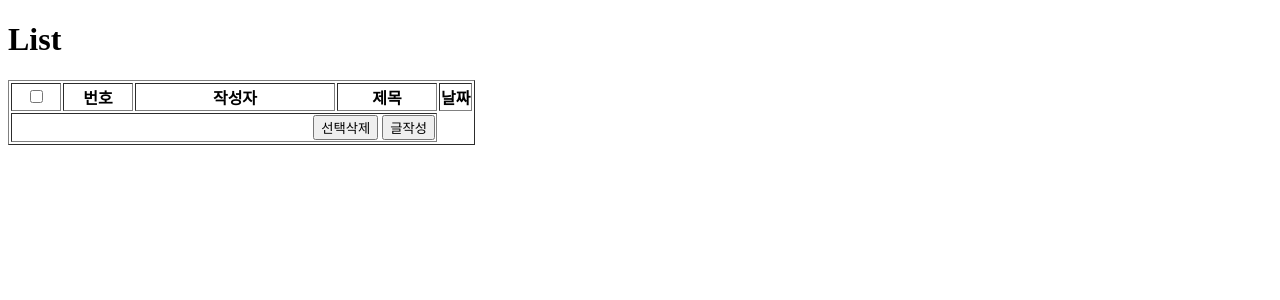
Repository: charamee/Web_kh
Page: http://localhost/Jsp03_MVC/mycontroller.jsp?command=list
An editor plug-in stored every save of this project. The page is shown before and after the next save, followed by the edit.
The browser window is 1280 px wide. The pictures show the whole page.
The page is served by Tomcat 9. Other server files are loaded and not shown. Queries for data that is not in the repository find no rows.

Above is the page before, as saved 2021-02-20 14:50:48.

### Workspace_WEB/Jsp03_MVC/WebContent/mycontroller.jsp
<%@page import="com.mvc.dto.MVCBoardDto"%>
<%@page import="java.util.List"%>
<%@page import="com.mvc.biz.MVCBoardBizImpl"%>
<%@page import="com.mvc.biz.MVCBoardBiz"%>
<%@ page language="java" contentType="text/html; charset=UTF-8"
	pageEncoding="UTF-8"%>
<%
	request.setCharacterEncoding("UTF-8");
%>
<%
	response.setContentType("text/html; charset=UTF-8");
%>
<!DOCTYPE html>
<html>
<head>
<meta charset="UTF-8">
<title>Insert title here</title>
</head>
<body>

	<%
		// 컨트롤러의 역할 :
	String command = request.getParameter("command");
	System.out.printf("[%s]\n", command);

	MVCBoardBiz biz = new MVCBoardBizImpl();
	//요청한 명령을 확인한다
	if (command.equals("list")) {
		//1. 보내준 값이 있으면 받는다.

		//2. db에 전달할 값이 있으면 전달하고,
		// 없으면 없는대로 호출해서 리턴받는다.

		List<MVCBoardDto> list = biz.selectlist();

		//3. 화면에 전달할 값이 있으면, request 객체에 담아준다.
		request.setAttribute("list", list); // list를 "list"에 담는다

		//4. 보낸다.
		pageContext.forward("mylist.jsp"); // request에 뭔가 담으면 포워드해야하고
		// 페이지를 위임 받는다 mylist로 가!
		// 포워드 되는것은 주소창에서 확인이 안된다
	} else if (command.equals("insertform")) {
		//1.
		//2.
		//3.
		//4.

		response.sendRedirect("myinsert.jsp"); // request에 뭐가 없다 ? 리다이렉트한다
		/*
			pageContext.forward() : 페이지 위임(request,response  객체가 그대로 전달)
			response.sedRedirect() : 페이지 이동( 새로운 request, response 객체 )

		*/
	} else if (command.equals("insertres")) {
		//1.
		String writer = request.getParameter("writer");
		String title = request.getParameter("title");
		String content = request.getParameter("content");

		//2.

		MVCBoardDto dto = new MVCBoardDto(0, writer, title, content, null);
		int res = biz.insert(dto);

		//3.
		//4.
		if (res > 0) {
	%>
	<script type="text/javascript">
 alert("글 작성 성공")
 location.href='mycontroller.jsp?command=list';

 </script>


	<%
		} else {
	%>
	<script type="text/javascript">
alert("글 작성 실패")
location.href="mycontroller.jsp?command=insertform";

</script>


	<%
		}
	} else if (command.equals("select")) {
	//1.
	int seq = Integer.parseInt(request.getParameter("seq"));

	//2.
	MVCBoardDto dto = biz.selectOne(seq);

	//3.
	request.setAttribute("select", dto);

	//4.
	pageContext.forward("myselect.jsp");

	} else if (command.equals("updateform")) {

	//1.
	int seq = Integer.parseInt(request.getParameter("seq"));
	//3.
	request.setAttribute("seq", seq);

	//4.
	pageContext.forward("myupdate.jsp");

	} else if (command.equals("updateres")) {
	//1.
	String title = request.getParameter("title");
	String content = request.getParameter("content");
	int seq = Integer.parseInt(request.getParameter("seq"));

	//2.
	MVCBoardDto dto = new MVCBoardDto();
	dto.setTitle(title);
	dto.setContent(content);
	dto.setSeq(seq);
	int res = biz.update(dto);

	if (res > 0) {
	%>
	<script type="text/javascript">
alert("수정 성공!")
location.href="mycontroller.jsp?command=select&seq=<%=dto.getSeq()%>"

</script>

	<%
		} else {
	%>

	<script type="text/javascript">
alert("수정실패")
location.href="mycontroller.jsp?command=updateform&seq=<%=dto.getSeq()%>"
	</script>

	<%
		}

	}else if(command.equals("delete")){

		int seq = Integer.parseInt(request.getParameter("seq"));

		int res = biz.delete(seq);
		if(res>0){

	%>
	<script type="text/javascript">

	alert("삭제 성공")

	location.href="mycontroller.jsp?command=list"
	</script>

	<%
		}else{
	%>

<script type="text/javascript">
alert("삭제 실패 ㅠ")
location.href="mycontroller.jsp?command=select&seq=<%=seq%>"
</script>

<%
		}
	}
%>
</body>
</html>

### Workspace_WEB/Jsp03_MVC/WebContent/mylist.jsp
<%@page import="com.mvc.dto.MVCBoardDto"%>
<%@page import="java.util.List"%>
<%@ page language="java" contentType="text/html; charset=UTF-8"
    pageEncoding="UTF-8"%>
<% request.setCharacterEncoding("UTF-8"); %>
<% response.setContentType("text/html; charset=UTF-8"); %>
<!DOCTYPE html>
<html>
<head>
<meta charset="UTF-8">
<title>Insert title here</title>
<script type="text/javascript"
	src="http://code.jquery.com/jquery-latest.js"></script>
<script type="text/javascript">



</script>
</head>

<%
	List<MVCBoardDto> list = (List<MVCBoardDto>)request.getAttribute("list"); //컨트롤러에서 "list"에 담아놨던거

%>
<body>


	<form action="mycontroller.jsp?command=muldel" method="post" id="muldelform">
	<h1>List</h1>
	<table border="1">
	<col width="50">
	<col width="70">
	<col width="200">
	<col width="100">
		<tr>
			<th><input type="checkbox" name="all" onclick="allchk(this.checked);"></th>
			<th>번호 </th>
			<th>작성자</th>
			<th>제목</th>
			<th>날짜</th>
		</tr>

<%
	for(MVCBoardDto dto : list){
%>

	<tr>
		<td><input type="checkbox" name="chk" value="<%=dto.getSeq()%>"></td>
		<td><%=dto.getSeq() %> </td>
		<td><%=dto.getWriter() %></td>
		<td><a href="mycontroller.jsp?command=select&seq=<%=dto.getSeq()%>"><%=dto.getTitle() %></a></td>
		<td><%=dto.getRegdate() %></td>
	</tr>

<%
	}
%>
	<tr>
		<td colspan="4" align="right">
		<input type="submit" value="선택삭제">
		<input type="button" value="글작성" onclick="location.href='mycontroller.jsp?command=insertform'">
		</td>
	</tr>



	</table>
	</form>








</body>
</html>

### Workspace_WEB/Jsp03_MVC/src/com/mvc/biz/MVCBoardBiz.java
package com.mvc.biz;

import java.util.List;

import com.mvc.dto.MVCBoardDto;

public interface MVCBoardBiz {

	public List<MVCBoardDto> selectlist();
	public MVCBoardDto selectOne(int seq);
	public int insert(MVCBoardDto dto);
	public int update(MVCBoardDto dto);
	public int delete(int seq);
	public int muldelete(String [] seqs);
}

### Workspace_WEB/Jsp03_MVC/src/com/mvc/biz/MVCBoardBizImpl.java
package com.mvc.biz;

import java.util.List;

import com.mvc.dao.MVCBoardDao;
import com.mvc.dao.MVCBoradDaoImpl;
import com.mvc.dto.MVCBoardDto;

public class MVCBoardBizImpl implements MVCBoardBiz {

	MVCBoardDao dao = new MVCBoradDaoImpl();
	@Override
	public List<MVCBoardDto> selectlist() {

		return dao.selectlist();
	}

	@Override
	public MVCBoardDto selectOne(int seq) {

		return dao.selectOne(seq);
	}

	@Override
	public int insert(MVCBoardDto dto) {

		return dao.insert(dto);
	}

	@Override
	public int update(MVCBoardDto dto) {

		return dao.update(dto);
	}

	@Override
	public int delete(int seq) {

		return dao.delete(seq);
	}

	@Override
	public int muldelete(String[] seqs) {

		return dao.muldelete(seqs);
	}

}

### Workspace_WEB/Jsp03_MVC/src/com/mvc/dao/MVCBoardDao.java
package com.mvc.dao;

import java.util.List;

import com.mvc.dto.MVCBoardDto;

public interface MVCBoardDao {

	String SELECT_LIST_SQL = " SELECT SEQ,WRITER,TITLE,CONTENT,REGDATE FROM MVCBOARD ORDER BY SEQ DESC ";
	String SELECT_ONE_SQL = " SELECT SEQ,WRITER,TITLE,CONTENT,REGDATE FROM MVCBOARD WHERE SEQ=? ";
	String INSERT_SQL=" INSERT INTO MVCBOARD VALUES(MVCBOARDSEQ.NEXTVAL,?,?,?,SYSDATE) ";
	String UPDATE_SQL = " UPDATE MVCBOARD SET TITLE=?, CONTENT= ? WHERE SEQ=? ";
	String DELETE_SQL = " DELETE FROM MVCBOARD WHERE SEQ=? ";


	public List<MVCBoardDto> selectlist();
	public MVCBoardDto selectOne(int seq);
	public int insert(MVCBoardDto dto);
	public int update(MVCBoardDto dto);
	public int delete(int seq);

	public int muldelete(String [] seqs);
}

### Workspace_WEB/Jsp03_MVC/src/com/mvc/dao/MVCBoradDaoImpl.java
package com.mvc.dao;

import java.sql.Connection;
import java.sql.PreparedStatement;
import java.sql.ResultSet;
import java.sql.SQLException;

import static com.mvc.db.JDBCTemplate.*;

import java.util.ArrayList;
import java.util.List;

import com.mvc.dto.MVCBoardDto;

public class MVCBoradDaoImpl implements MVCBoardDao {

	@Override
	public List<MVCBoardDto> selectlist() {

		Connection con = getConnection();
		PreparedStatement pstm = null;
		ResultSet rs = null;

		List<MVCBoardDto> list = new ArrayList<MVCBoardDto>();

		try {
			pstm = con.prepareStatement(SELECT_LIST_SQL);

			rs=pstm.executeQuery();
			while(rs.next()) {
				MVCBoardDto dto = new MVCBoardDto(rs.getInt(1),rs.getString(2),rs.getString(3),rs.getString(4),rs.getDate(5));

			list.add(dto);
			}

		} catch (SQLException e) {

			e.printStackTrace();
		}finally {
			close(rs);
			close(pstm);
			close(con);
		}


		return list;
	}

	@Override
	public MVCBoardDto selectOne(int seq) {

		Connection con = getConnection();
		PreparedStatement pstm = null;
		ResultSet rs = null;
		MVCBoardDto dto = new MVCBoardDto();

		try {
			pstm = con.prepareStatement(SELECT_ONE_SQL);
			pstm.setInt(1, seq);

			rs = pstm.executeQuery();
			while(rs.next()) {
				dto.setSeq(rs.getInt(1));
				dto.setWriter(rs.getString(2));
				dto.setTitle(rs.getString(3));
				dto.setContent(rs.getString(4));
				dto.setRegdate(rs.getDate(5));


			}
		} catch (SQLException e) {

			e.printStackTrace();
		}finally {
			close(rs);
			close(pstm);
			close(con);
		}


		return dto;
	}

	@Override
	public int insert(MVCBoardDto dto) {

		Connection con = getConnection();
		PreparedStatement pstm = null;
		int res = 0 ;

		try {
			pstm = con.prepareStatement(INSERT_SQL);
			pstm.setString(1, dto.getWriter());
			pstm.setString(2, dto.getTitle());
			pstm.setString(3, dto.getContent());

			res = pstm.executeUpdate();
			if(res>0) {
				commit(con);
			}
		} catch (SQLException e) {

			e.printStackTrace();
		}finally {
			close(pstm);
			close(con);
		}


		return res;
	}

	@Override
	public int update(MVCBoardDto dto) {

		Connection con = getConnection();
		PreparedStatement pstm = null;
		int res= 0 ;

		try {
			pstm = con.prepareStatement(UPDATE_SQL);
			pstm.setString(1, dto.getTitle());
			pstm.setString(2, dto.getContent());
			pstm.setInt(3, dto.getSeq());

			res = pstm.executeUpdate();
			if(res>0) {
				commit(con);
			}

		} catch (SQLException e) {

			e.printStackTrace();
		}finally {
			close(pstm);
			close(con);
		}


		return res;
	}

	@Override
	public int delete(int seq) {

		Connection con = getConnection();
		PreparedStatement pstm = null;
		int res = 0 ;

		try {
			pstm = con.prepareStatement(DELETE_SQL);
			pstm.setInt(1, seq);

			res= pstm.executeUpdate();
			if(res>0) {
				commit(con);
			}
		} catch (SQLException e) {

			e.printStackTrace();
		}finally {
			close(pstm);
			close(con);
		}
		return res;
	}

	@Override
	public int muldelete(String[] seqs) {

		Connection con = getConnection();
		PreparedStatement pstm = null;
		int res = 0 ;
		int[] cnt;

		try {
			pstm= con.prepareStatement(DELETE_SQL);
			for(int i= 0 ; i<seqs.length;i++) {
				pstm.setString(1, seqs[i]);
				pstm.addBatch();
			}

			cnt = pstm.executeBatch();

			for(int i=0; i<cnt.length;i++) {
				if(cnt[i]==-2) {
					res++;
				}
			}
			if(cnt.length==res) {
				commit(con);
			}
		} catch (SQLException e) {

			e.printStackTrace();
		}finally {
			close(pstm);
			close(con);
		}


		return res;
	}


}

### Workspace_WEB/Jsp03_MVC/src/com/mvc/db/JDBCTemplate.java
package com.mvc.db;

import java.sql.Connection;
import java.sql.DriverManager;
import java.sql.ResultSet;
import java.sql.SQLException;
import java.sql.Statement;

public class JDBCTemplate {


	public static Connection getConnection() {

		try {
			Class.forName("oracle.jdbc.driver.OracleDriver");
		} catch (ClassNotFoundException e) {

			e.printStackTrace();
		}
		String url="jdbc:oracle:thin:@localhost:1521:xe";
		String user="kh";
		String password="kh";

		Connection con =null;

		try {
			con=DriverManager.getConnection(url, user, password);
			con.setAutoCommit(false);
		} catch (SQLException e) {

			e.printStackTrace();
		}

		return con;
	}


	public static void close(Connection con) {
		try {
			con.close();
		} catch (SQLException e) {

			e.printStackTrace();
		}
	}

	public static void close(ResultSet rs) {
		try {
			rs.close();
		} catch (SQLException e) {

			e.printStackTrace();
		}
	}

	public static void close(Statement stmt) {
		try {
			stmt.close();
		} catch (SQLException e) {

			e.printStackTrace();
		}
	}

	public static void commit(Connection con) {
		try {
			con.commit();
		} catch (SQLException e) {

			e.printStackTrace();
		}
	}

	public static void rollback(Connection con) {
		try {
			con.rollback();
		} catch (SQLException e) {

			e.printStackTrace();
		}
	}
}

After the next save:
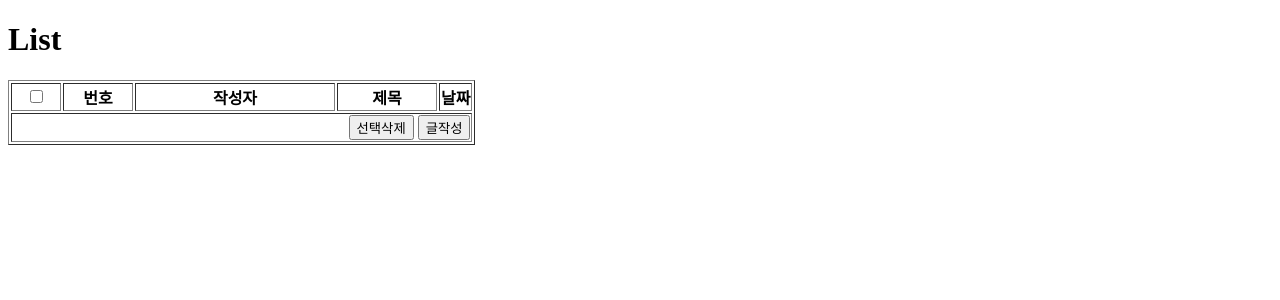
Saved 5 min 35 s later.
--- a/Workspace_WEB/Jsp03_MVC/WebContent/mylist.jsp
+++ b/Workspace_WEB/Jsp03_MVC/WebContent/mylist.jsp
@@ -56,7 +56,7 @@
 	}
 %>
 	<tr>
-		<td colspan="4" align="right">
+		<td colspan="5" align="right">
 		<input type="submit" value="선택삭제">
 		<input type="button" value="글작성" onclick="location.href='mycontroller.jsp?command=insertform'">
 		</td>
